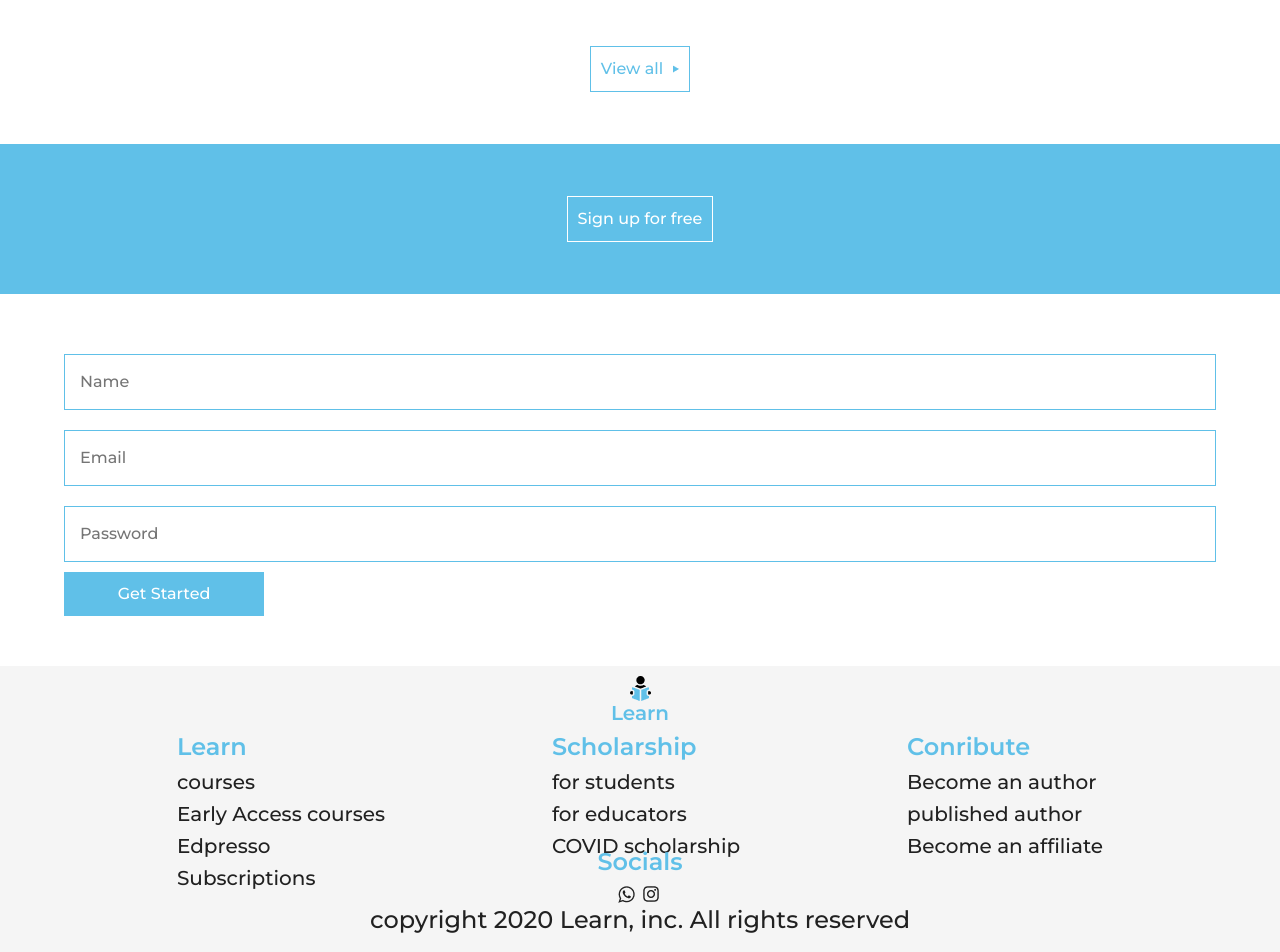
Repository: TiaraOluwanimi/team5
Page: tutor.html
The author's editor kept a copy of each file at every save. The page is drawn from the files as they stood at one save, then again after a run of saves.
The browser window is 1280 px wide. The pictures show the part of the page from y = 2344 to 3296 px (the page is 3296 px tall).
A picture or video elsewhere on the page could not be fetched, so the positions and the page height are approximate. Some web libraries are served in a nearby version.

Above is the page before, as saved 2020-08-08 12:14:15.

After the next 4 saves:
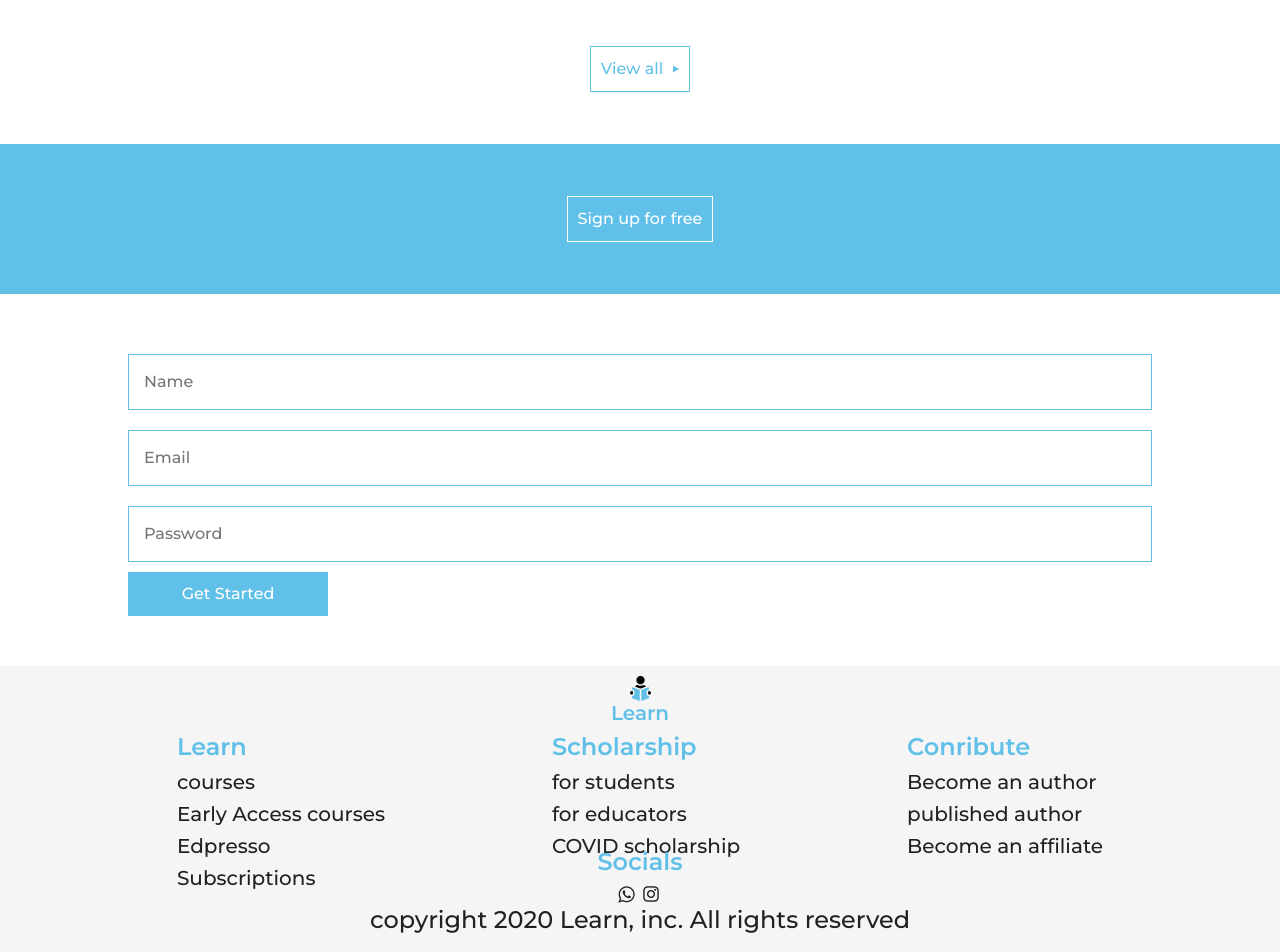
The 4 saves are shown as one change because they came seconds apart.
The last was saved 17 s later.
--- a/assets/css/testimonial.css
+++ b/assets/css/testimonial.css
@@ -102,4 +102,10 @@ form button{
     border:none;
 }
 
-@media()
+@media(min-width:760px){
+    .testimonial-container{
+        width:80%;
+        margin:0 auto;
+        overflow: hidden;
+    }
+}
